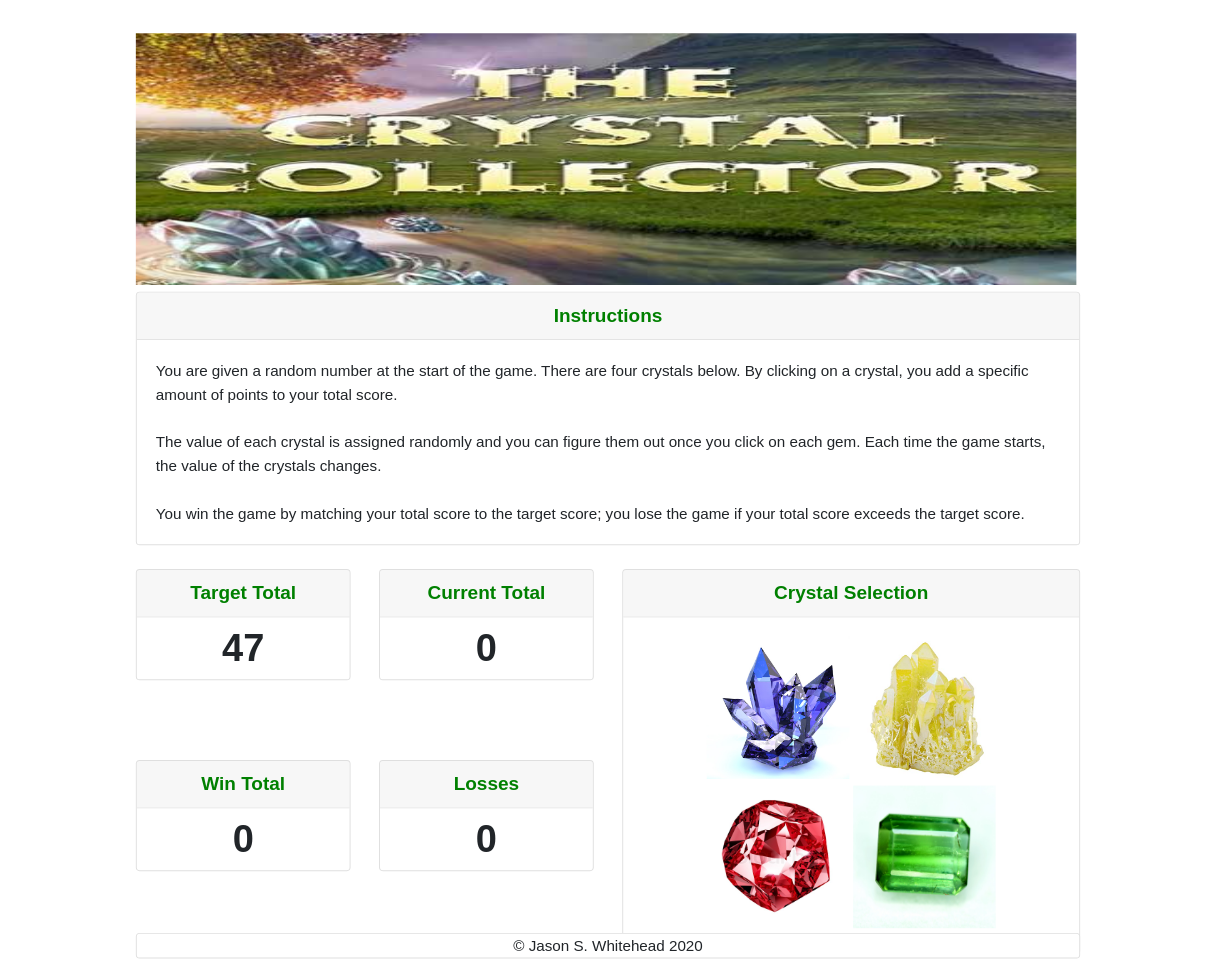
Repository: jaswhitehead/Crystal-Collector-Game
Page: index.html
An editor plug-in stored every save of this project. The page is shown before and after the next save, followed by the edit.
The browser window is 1280 px wide. The pictures show the whole page, at 95% of full size.
Some web libraries are served in a nearby version.

Above is the page before, as saved 2020-04-30 11:08:16.
Console error: TypeError: Cannot read properties of undefined (reading 'value')

### index.html
<!DOCTYPE html>
<html lang="en-us">

<head>
    <meta name="viewport" content="width=device-width, initial-scale=1.0">
    <title>Crystal Collector Game</title>
    <link rel="stylesheet" href="https://maxcdn.bootstrapcdn.com/bootstrap/4.0.0/css/bootstrap.min.css" integrity="sha384-Gn5384xqQ1aoWXA+058RXPxPg6fy4IWvTNh0E263XmFcJlSAwiGgFAW/dAiS6JXm" crossorigin="anonymous">
    <link rel="stylesheet" type="text/css" href="assets/css/reset.css">
    <link rel="stylesheet" type="text/css" href="assets/css/style.css">
</head>

<body>
    <div class="container">
        <img id="banner" src="assets/images/collectorbanner.jpg" class="crystalcollect" width=800px>
        <div class="card">
            <div class="card-header">
                <h4>Instructions</h4>
            </div>
            <div class="card-body">
                <p>You are given a random number at the start of the game.
                    There are four crystals below. By clicking on a crystal, you add a specific amount of
                    points to your total score. <br><br>
                    The value of each crystal is assigned randomly and you can figure them out once you click on
                    each gem. Each time the game starts, the value of the crystals changes. <br><br>
                    You win the game by matching your total score to the target score; you lose the game if your
                    total score exceeds the target score.<br>
                </p>
            </div>
        </div>
        <br>
        <div class="row">
            <div class="col-sm-3">
                <div class="card">
                    <div class="card-header">
                        <h4>Target Total</h4>
                    </div>
                    <div class="card-body text-center">
                        <h5 id="targetScore"></h5>
                    </div>
                </div>
            </div>
            <br>
            <div class="col-sm-3">
                <div class="card">
                    <div class="card-header">
                        <h4>Current Total</h4>
                    </div>
                    <div class="card-body text-center">
                        <h5 id="yourScore"></h5>
                    </div>
                </div>
            </div>
            <div class="col-sm-6">
                <div class="card">
                    <div class="card-header text-center">
                        <h4>Crystal Selection</h4>
                    </div>
                    <div class="card-body text-center">
                        <img src="assets/images/purple.jpg" alt="purpleCrystal" id="purple">
                        <img src="assets/images/yellow.jpg" alt="yellowCrystal" id="yellow">
                        <img src="assets/images/red.jpg" alt="redCrystal" id="red">
                        <img src="assets/images/green.jpg" alt="greenCrystal" id="green">
                    </div>
                </div>
                <br>
            </div>
        </div>
        <div class="row" id="secondR">
            <div class="col-sm-3">
                <div class="card">
                    <div class="card-header">
                        <h4>Win Total</h4>
                    </div>
                    <div class="card-body text-center">
                        <h5 id="winCount">0</h5>
                    </div>
                </div>
            </div>
            <br>
            <div class="col-sm-3">
                <div class="card">
                    <div class="card-header">
                        <h4>Losses</h4>
                    </div>
                    <div class="card-body text-center">
                        <h5 id="lossCount">0</h5>
                    </div>
                </div>
            </div>
        </div>
        <br>
        <br>
        <div class="card text-center">
            <div class="sticky-footer">
                © Jason S. Whitehead 2020
            </div>
        </div>
    </div>
    <!---jQuery-->
    <script src="https://code.jquery.com/jquery-3.2.1.slim.min.js" integrity="sha384-KJ3o2DKtIkvYIK3UENzmM7KCkRr/rE9/Qpg6aAZGJwFDMVNA/GpGFF93hXpG5KkN" crossorigin="anonymous"></script>
    <!---Game Main logic-->
    <script src="assets/javascript/game.js"></script>

</body>


</html>

### assets/css/style.css

*, ::after, ::before {
    box-sizing: border-box;
}

body {
    font-family: Arial, Helvetica, sans-serif;
    line-height: 25px;
}

.container {
    width: 1024px;
    align-content: center;
}

#banner {
    width: 990px;
    height: 300px;
    align-content: center;
    padding-top: 35px;
}

h4 {
    color:green;
    text-align: center;
    font-weight: bold;
    font-size: 20px;
}

h5 {
    text-align: center;
    font-weight: bold;
    font-size: 40px;
}

img {
    width: 150px;
    height: 150px;
}

#secondR {
    margin-top: -230px;
    margin-bottom: 15px;
}

.card-footer {
    color: rgb(82, 0, 75);
    font-weight: 480;
}

### assets/javascript/game.js
// GLOBAL VARIABLES

// Crystal Variables
var crystal = {
    purple:
    {
        name: "purple",
        value: 0
    },
    yellow:
    {
        name: "yellow",
        value: 0
    },
    red:
    {
        name: "red",
        value: 0
    },
    blue:
    {
        name: "blue",
        value: 0
    },
}

//FUNCTIONS

var getRandom = function (min, max) {
    return Math.floor(Math.random() * (max - min + 1)) + min;
};

var startGame = function () {
    // Reset the current score
    currentScore = 0;
    // Set a new target score (19-120)
    targetScore = getRandom(19, 120);
    // Set different values for each of the crystals (1-12)
    crystal.purple.value = getRandom(1, 12);
    crystal.yellow.value = getRandom(1, 12);
    crystal.red.value = getRandom(1, 12);
    crystal.blue.name = getRandom(1, 12);

    // Change the HTML to reflect all of these changes
    $("#yourScore").html(currentScore);
    $("#targetScore").html(targetScore);
    // Console log to test
    console.log("------------------------");
    console.log("Target Score: " + targetScore);
    console.log("Purple: " + crystal.purple.value + " | Yellow: " + crystal.yellow.value + " | Red: " + crystal.yellow.value + " | Red: " + crystal.red.value + " | Green: " + crystal.green.value);
    console.log("------------------------");
};

// Respond to clicks on the crystals
var addValues = function (crystal) {
    // Change current score
    currentScore = currentScore + crystal.value;
    // Change the HTML to reflect changes in current score
    $("#yourScore").html(currentScore);
    // Call checkWin Function
    checkWin();
    // Testing console
    console.log("Your score " + currentScore);
}

// Check if user Won or Lost and reset the game
var checkWin = function () {
    // Check if currentScore is larger than targetScore
    if (currentScore > targetScore) {
        console.log("You lost");
        // Add to loss counter
        lossCount++;
        // Change HTML to reflect changes
        $("#lossCount").html(lossCount);
        // Restart the game
        setTimeout(function () {
            alert("Sorry. You Lost");
            startGame();
        }, 00);
    }
    else if (currentScore == targetScore) {
        alert("Congratulations! You Won!");
        console.log("You won");
        // Add to win counter
        winCount++;
        // Change HTML to reflect changes
        $("#winCount").html(winCount);
        // Restart the game
        setTimeout(function () {
            alert("Sorry. You Lost");
            startGame();
        }, 00);
    }
}
// MAIN PROCESS
//---------------------------------------------------------
startGame();

$("#purple").click(function () {
    addValues(crystal.purple);
});

$("#yellow").click(function () {
    addValues(crystal.yellow);
});

$("#red").click(function () {
    addValues(crystal.red);
});

$("#green").click(function () {
    addValues(crystal.green);
});

// Scores: target and current
var targetScore = 0;
var currentScore = 0;

// Wins and Losses
var winCount = 0;
var lossCount = 0;

Loaded but not shown: assets/css/reset.css (common file)

After the next save:
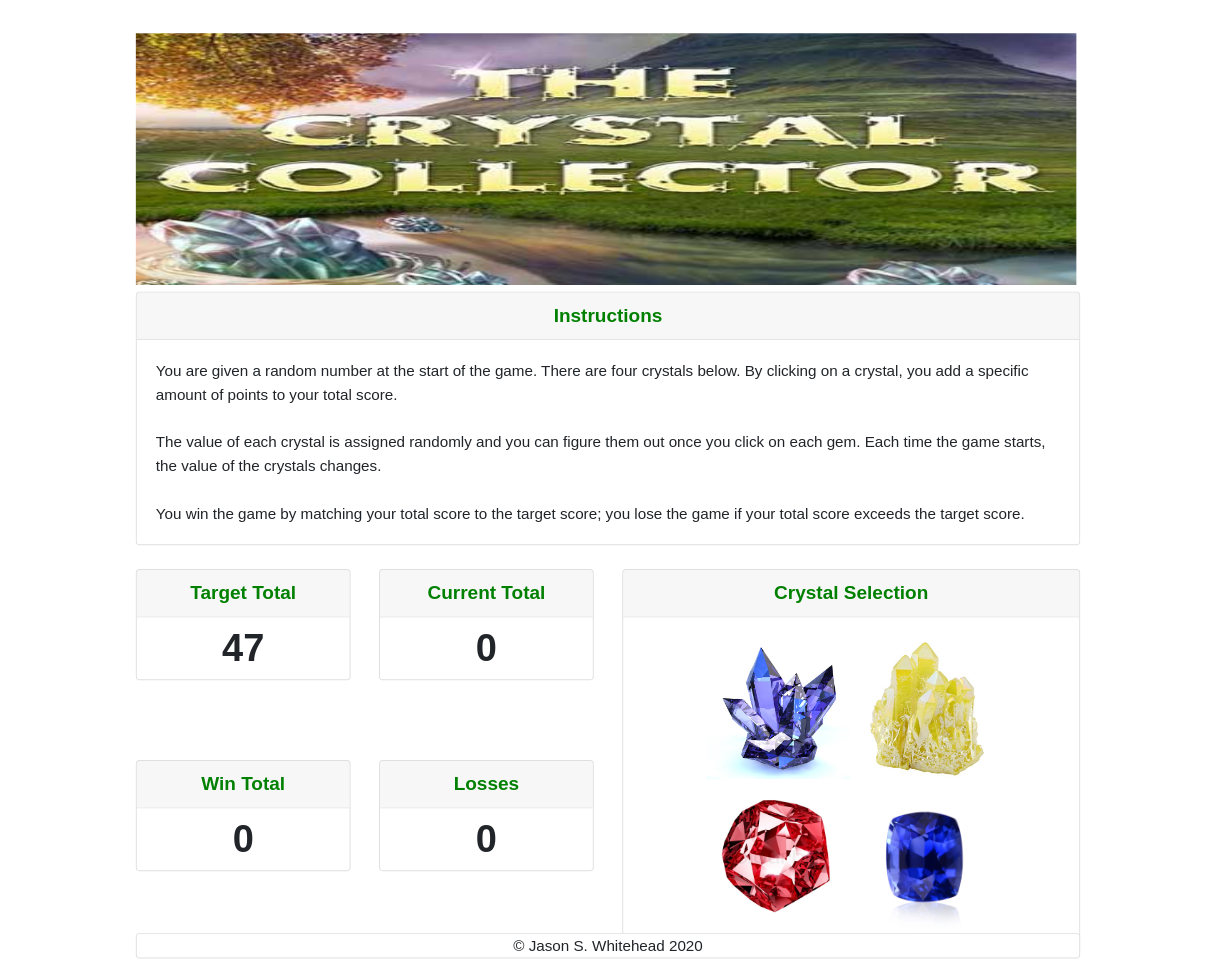
Saved 27 s later.
--- a/index.html
+++ b/index.html
@@ -59,7 +59,7 @@
                         <img src="assets/images/purple.jpg" alt="purpleCrystal" id="purple">
                         <img src="assets/images/yellow.jpg" alt="yellowCrystal" id="yellow">
                         <img src="assets/images/red.jpg" alt="redCrystal" id="red">
-                        <img src="assets/images/green.jpg" alt="greenCrystal" id="green">
+                        <img src="assets/images/blue.jpg" alt="blueCrystal" id="blue">
                     </div>
                 </div>
                 <br>

After the save that followed:
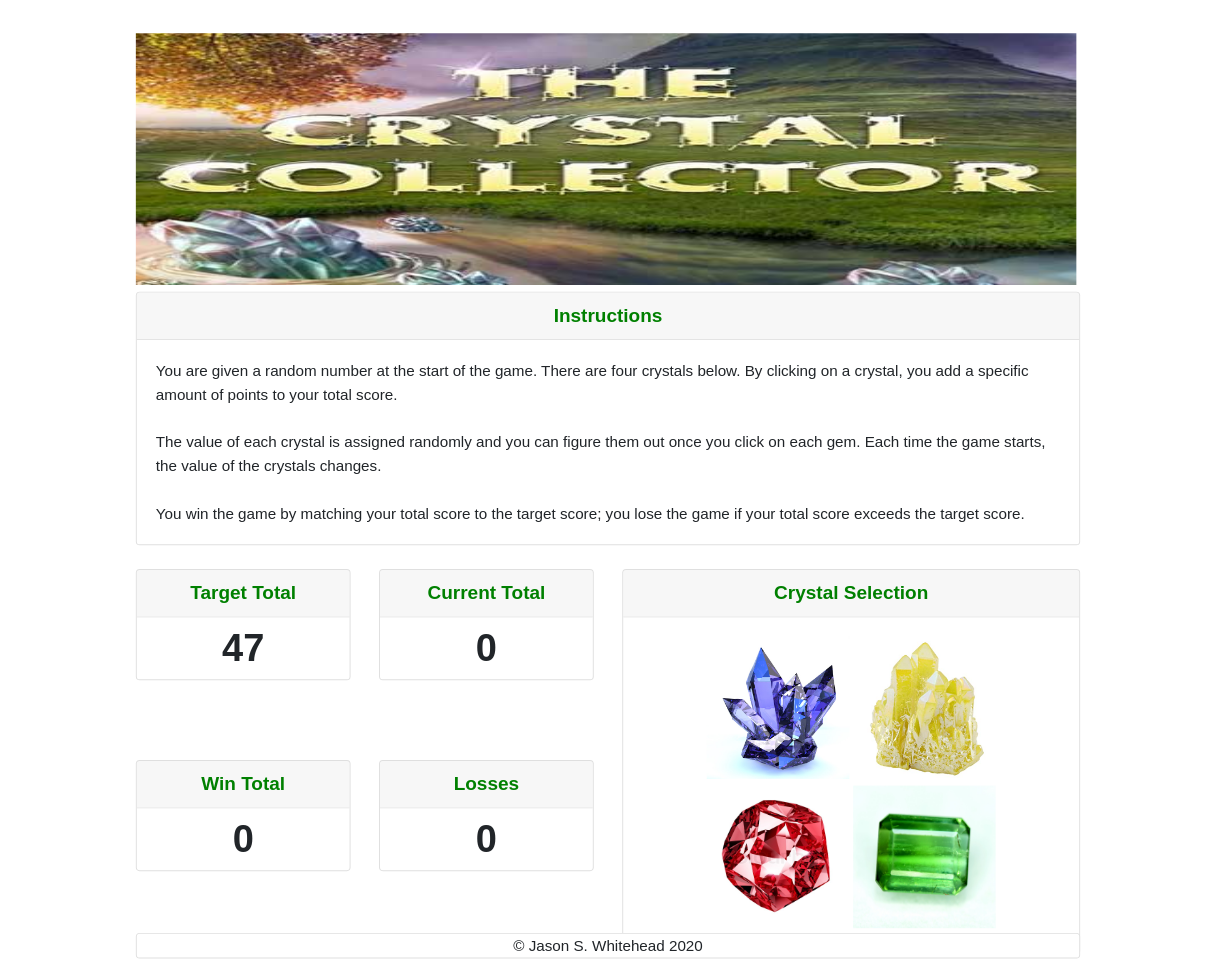
Saved 44 s later.
--- a/index.html
+++ b/index.html
@@ -59,7 +59,7 @@
                         <img src="assets/images/purple.jpg" alt="purpleCrystal" id="purple">
                         <img src="assets/images/yellow.jpg" alt="yellowCrystal" id="yellow">
                         <img src="assets/images/red.jpg" alt="redCrystal" id="red">
-                        <img src="assets/images/blue.jpg" alt="blueCrystal" id="blue">
+                        <img src="assets/images/green.jpg" alt="greenCrystal" id="green">
                     </div>
                 </div>
                 <br>
